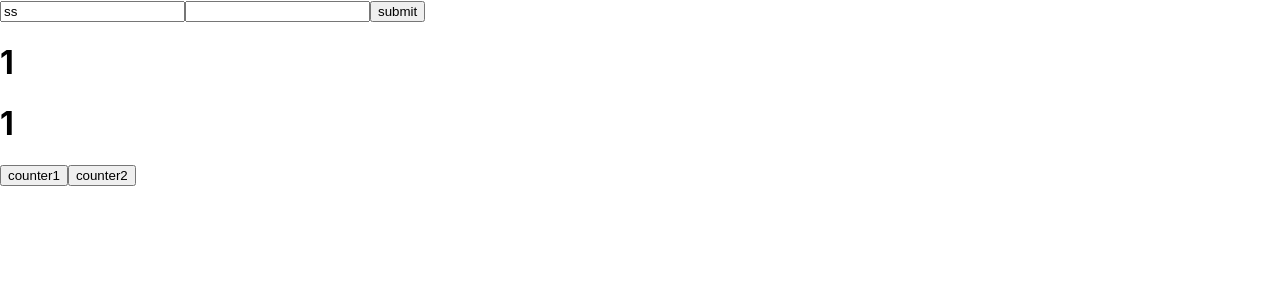
Repository: Prafullkuma/facebook
Page: /
An editor plug-in stored every save of this project. The page is shown before and after the next save, followed by the edit.
The browser window is 1280 px wide. The pictures show the whole page.
The project was rebuilt for these pictures with package versions that can differ from the ones it lists, and the page was loaded fresh each time. Also part of the build but not shown: src/App.css.

Above is the page before, as saved 2020-09-04 09:45:28.

### src/App.js
import React from 'react';
import Froms from './Component/From'
import Props from './Component/Props'
import './App.css';

function App() {
  return (
    <>
      <Froms />
      <Props />
    </>
  )
}

export default App;

### src/Component/From.js
import React, { useState } from 'react'

//calling the onChange method fuction outside of the function
//function can defied before or after the return
// function updateTextField(event,setName){

// }

// <input type="text" value={name} onChange={(e)=>updateTextField(e,setName)}/>

//condition rendering
// name=== "admin" && password="password" && "Admin is there" output will be "admin is there"
// name ==="adminin" && password="paswword" && 3===7 return false
// name ==="adminin" && password="paswword" && 3===3 return true

function From() {
    const [name, setName] = useState('ss')
    const [password, setPassword] = useState('')
    return (
        <div>
            <input type="text" value={name} onChange={updateTextField} />
            <input type="password" value={password} onChange={updatePasswordField} />
            <button onClick={save}>submit</button>
        </div>
    )
    function updateTextField(e) {
        setName(e.target.value)
    }
    function updatePasswordField(e) {
        setPassword(e.target.value)
    }
    function save() {
        console.log(name, password)
    }
}

export default From

### src/Component/Props.js
import React, { useRef, useEffect, useState } from 'react'
function Props() {
    const h1ref = useRef()
    const [counter, setCounter] = useState(1)
    const [counter2, setCounter2] = useState(1)
    useEffect(() => {
        console.log(h1ref)
    }, [counter])
    return (
        <div ref={h1ref}>
            <h1>{counter}</h1>
            <h1>{counter2}</h1>
            <button onClick={() => setCounter(counter => counter + 1)}>counter1</button>
            <button onClick={() => setCounter2(counter => counter + 1)}>counter2</button>
        </div>)
}
export default Props

Loaded but not shown: public/index.html (common file); src/index.js (common file); src/index.css (common file); src/serviceWorker.js (common file)

After the next save:
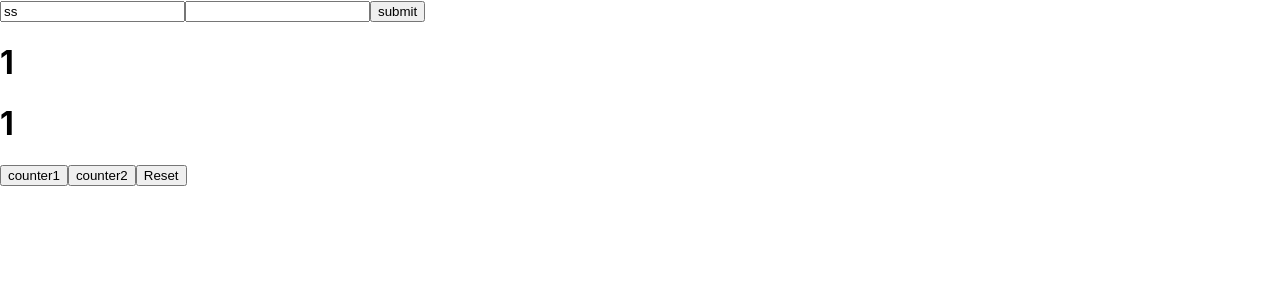
Saved 107 s later.
--- a/src/Component/Props.js
+++ b/src/Component/Props.js
@@ -6,12 +6,17 @@ function Props() {
     useEffect(() => {
         console.log(h1ref)
     }, [counter])
+    const reset = () => {
+        setCounter2(1)
+        setCounter(1)
+    }
     return (
         <div ref={h1ref}>
             <h1>{counter}</h1>
             <h1>{counter2}</h1>
             <button onClick={() => setCounter(counter => counter + 1)}>counter1</button>
             <button onClick={() => setCounter2(counter => counter + 1)}>counter2</button>
+            <button onClick={reset}>Reset</button>
         </div>)
 }
 export default Props
